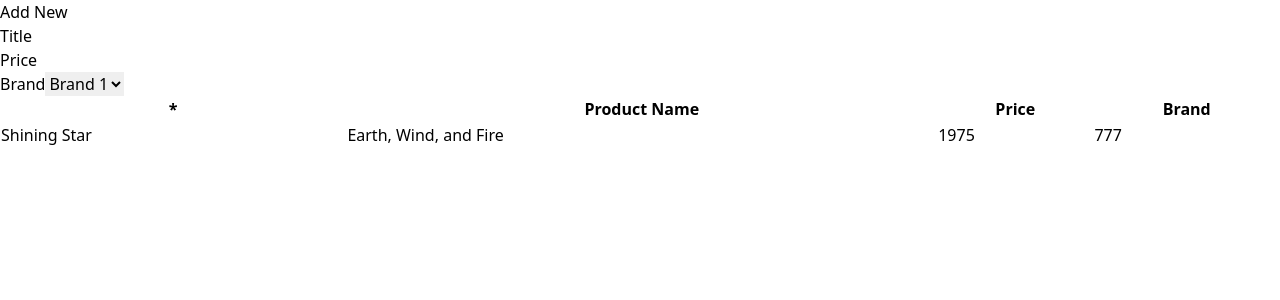
Repository: Semanmernstack/next-13-prisma-crud
Page: /product
The author's editor kept a copy of each file at every save. The page is drawn from the files as they stood at one save, then again after the next save.
The browser window is 1280 px wide. The pictures show the whole page.
The project was rebuilt for these pictures with package versions that can differ from the ones it lists, and the page was loaded fresh each time. The framework's server and built-in components were replaced by stand-ins that run in the browser. Also part of the build but not shown: next.config.js.

Above is the page before, as saved 2023-05-31 07:38:10.

### app/layout.tsx
import './globals.css'
import { Inter } from 'next/font/google'



export const metadata = {
  title: 'Create Next App',
  description: 'Generated by create next app',
}

export default function RootLayout({
  children,
}: {
  children: React.ReactNode
}) {
  return (
    <html lang="en">
      <body className="">{children}</body>
    </html>
  )
}

### app/product/page.tsx
import React from 'react'
import AddPrisma from '../components/AddPrisma'

function page() {
  return (
    <div>
        <AddPrisma/>
        <table className="table w-full items-center">
        <thead>
          <tr className="items-center">
            <th>*</th>
            <th>Product Name</th>
            <th>Price</th>
            <th>Brand</th>
          </tr>
        </thead>
        <tbody>

          <tr>
            <td>Shining Star</td>
            <td>Earth, Wind, and Fire</td>
            <td>1975</td>
            <td>777</td>
          </tr>
        </tbody>
      </table>



    </div>
  )
}

export default page

### app/components/AddPrisma.tsx
"use client"
import React, { useState } from 'react'

function AddPrisma() {
    const [title, setTitle] = useState("");
    const [price, setPrice] = useState("")
  return (
    <div>
        <h1>Add New</h1>
        <form >
            <div>
                <label>Title</label>
                <input type="text" value={title} />
            </div>
            <div>
                <label >Price</label>
                <input type="text" value={price} />
            </div>
            <div>
                <label>Brand</label>
                <select >
                    <option value="">Brand 1</option>
                    <option value="">Brand 2</option>
                </select>
            </div>



        </form>
    </div>

  )
}

export default AddPrisma

Loaded but not shown: app/globals.css (common file); tailwind.config.js (common file)

After the next save:
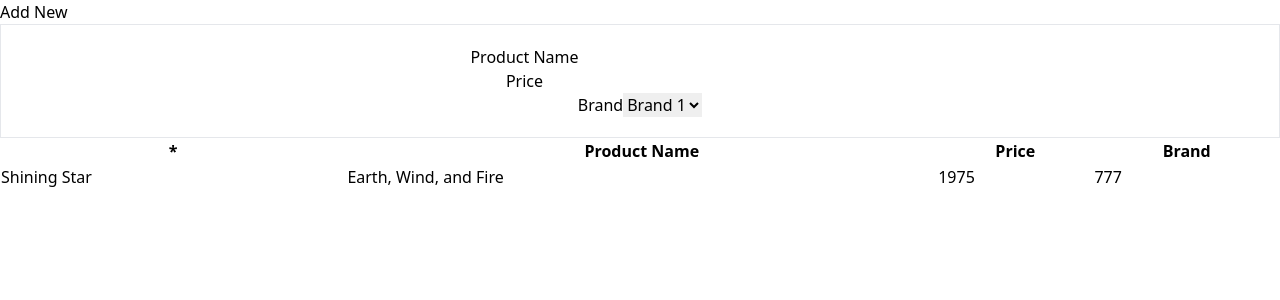
Saved 16 h 58 min later.
--- a/app/components/AddPrisma.tsx
+++ b/app/components/AddPrisma.tsx
@@ -2,24 +2,25 @@
 import React, { useState } from 'react'
 
 function AddPrisma() {
-    const [title, setTitle] = useState("");
+    const [product, setProduct] = useState("");
     const [price, setPrice] = useState("")
+    const [brand, setBrand] = useState("")
   return (
     <div>
         <h1>Add New</h1>
-        <form >
+        <form className=" flex flex-col items-center justify-center border decoration-slate-400 p-5 z-50" >
             <div>
-                <label>Title</label>
-                <input type="text" value={title} />
+                <label>Product Name</label>
+                <input type="text" value={product} onChange={(e) => setProduct(e.target.value)} />
             </div>
             <div>
                 <label >Price</label>
-                <input type="text" value={price} />
+                <input type="text" value={price} onChange={(e) => setPrice(e.target.value)} />
             </div>
             <div>
                 <label>Brand</label>
-                <select >
-                    <option value="">Brand 1</option>
+                <select value={brand} onChange={(e) => setBrand(e.target.value)} >
+                    <option value="" disabled>Brand 1</option>
                     <option value="">Brand 2</option>
                 </select>
             </div>
